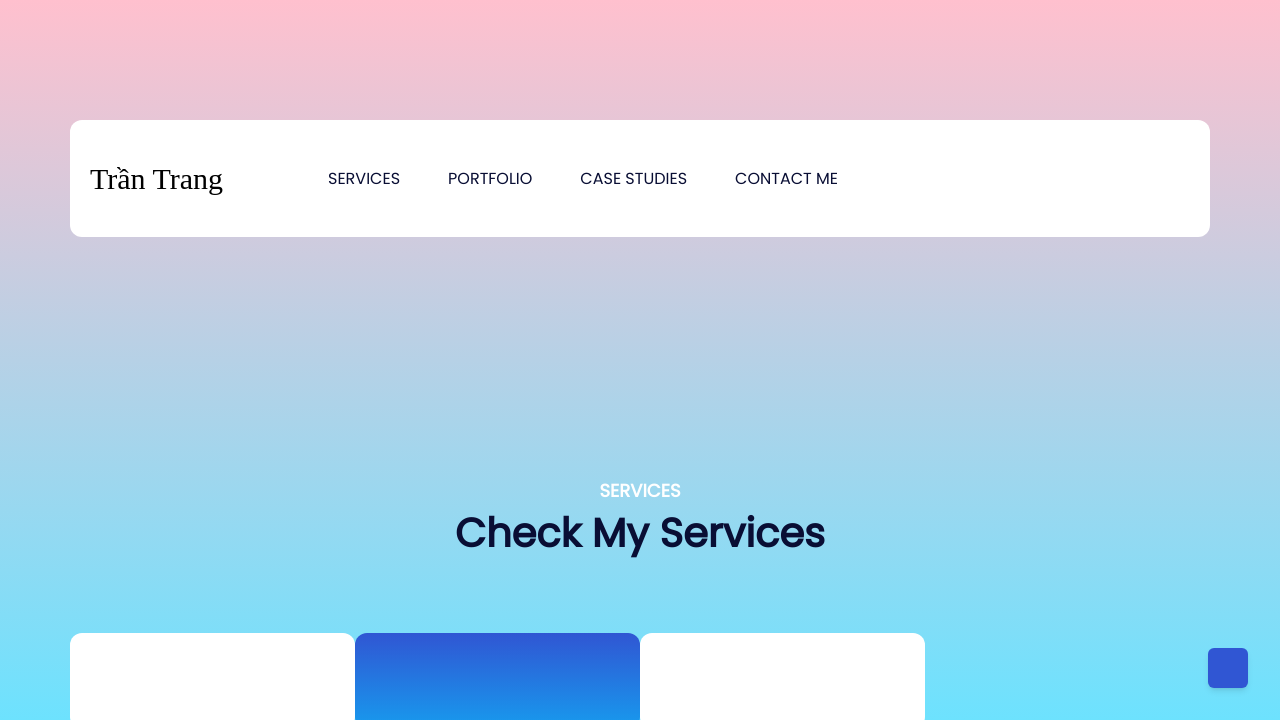
Repository: trantrang2101/CV
Page: index.html
An editor plug-in stored every save of this project. The page is shown before and after the next save, followed by the edit.
The browser window is 1280 px wide. The pictures show the whole page.
An inner scrolling area shows only its first screen. Some web fonts or font styles are not loaded; a fallback is used.

Above is the page before, as saved 2022-07-13 19:31:00.
Console error: TypeError: Cannot read properties of null (reading 'offsetTop')

### index.html
<!DOCTYPE html>
<html lang="en" class="scroll-smooth">

<head>
    <meta charset="UTF-8" />
    <meta http-equiv="X-UA-Compatible" content="IE=edge" />
    <meta name="viewport" content="width=device-width, initial-scale=1.0" />
    <title>
        Play | Free Tailwind CSS Template for Startup and SaaS By TailGrids
    </title>
    <link rel="shortcut icon" href="assets/images/favicon.png" type="image/x-icon" />
    <link rel="stylesheet" href="assets/css/animate.css" />
    <link rel="stylesheet" href="assets/css/tailwind.css" />
    <link rel="stylesheet" href="assets/css/style.css" />

    <script src="assets/js/wow.min.js"></script>
    <script>
        new WOW().init();
    </script>
</head>

<body>
    <section id="home" class="pt-20 lg:pt-[120px] pb-20 lg:pb-[120px]">
        <div class="container">
            <div class="bg-white shadow-xl shadow-dark dark:shadow-xl dark:shadow-light wow fadeInUp rounded-xl"
                data-wow-delay=".2s" style="visibility: visible; animation-delay: 0.2s">
                <div class="flex -mx-4 px-5 items-center justify-between relative">
                    <div class="w-60 max-w-full">
                        <a href="#home" class="navbar-logo w-full block py-5">
                            <h1 class="font-script p-4">Trần Trang</h1>
                        </a>
                    </div>
                    <div class="flex justify-between items-center w-full">
                        <div>
                            <button id="navbarToggler"
                                class="block absolute mx-4 right-4 top-1/2 -translate-y-1/2 lg:hidden focus:ring-2 ring-primary px-3 py-[6px] rounded-lg">
                                <span class="relative w-[30px] h-[2px] my-[6px] block bg-dark"></span>
                                <span class="relative w-[30px] h-[2px] my-[6px] block bg-dark"></span>
                                <span class="relative w-[30px] h-[2px] my-[6px] block bg-dark"></span>
                            </button>
                            <nav id="navbarCollapse"
                                class="absolute py-5 lg:py-0 lg:px-4 xl:px-6 bg-white lg:bg-transparent shadow-lg rounded-lg max-w-[250px] w-full lg:max-w-full lg:w-full right-4 top-full hidden lg:block lg:static lg:shadow-none">
                                <ul class="blcok lg:flex">
                                    <li class="relative group">
                                        <a href="#services"
                                            class="ud-menu-scroll text-base text-dark lg:group-hover:opacity-70 lg:group-hover:text-dark group-hover:text-primary py-2 lg:py-6 lg:inline-flex lg:px-0 flex mx-8 lg:mr-0">
                                            SERVICES
                                        </a>
                                    </li>
                                    <li class="relative group">
                                        <a href="#portfolio"
                                            class="ud-menu-scroll text-base text-dark lg:text-dark lg:group-hover:opacity-70 lg:group-hover:text-dark group-hover:text-primary py-2 lg:py-6 lg:inline-flex lg:px-0 flex mx-8 lg:mr-0 lg:ml-7 xl:ml-12">
                                            PORTFOLIO
                                        </a>
                                    </li>
                                    <li class="relative group">
                                        <a href="#case"
                                            class="ud-menu-scroll text-base text-dark lg:text-dark lg:group-hover:opacity-70 lg:group-hover:text-dark group-hover:text-primary py-2 lg:py-6 lg:inline-flex lg:px-0 flex mx-8 lg:mr-0 lg:ml-7 xl:ml-12">
                                            CASE STUDIES
                                        </a>
                                    </li>
                                    <li class="relative group">
                                        <a href="#contact"
                                            class="ud-menu-scroll text-base text-dark lg:text-dark lg:group-hover:opacity-70 lg:group-hover:text-dark group-hover:text-primary py-2 lg:py-6 lg:inline-flex lg:px-0 flex mx-8 lg:mr-0 lg:ml-7 xl:ml-12">
                                            CONTACT ME
                                        </a>
                                    </li>
                                </ul>
                            </nav>
                        </div>
                    </div>
                </div>
            </div>
        </div>
    </section>
    <section id="services" class="pt-20 lg:pt-[120px] pb-12 lg:pb-[90px] relative z-20 overflow-hidden">
        <div class="container">
            <div class="flex flex-wrap -mx-4">
                <div class="w-full px-4">
                    <div class="text-center mx-auto mb-[60px] lg:mb-20 max-w-[620px]">
                        <span class="font-semibold text-lg text-white mb-2 block">
                            SERVICES
                        </span>
                        <h2 class="font-bold text-3xl sm:text-4xl md:text-[40px] text-dark mb-4">
                            Check My Services
                        </h2>
                    </div>
                </div>
            </div>

            <div class="flex flex-wrap flex-col  items-center space-x-4 justify-around">
                <div class="w-full md:w-1/2 lg:w-1/4">
                    <div class="bg-white rounded-xl relative z-10 overflow-hidden border border-primary border-opacity-20 shadow-pricing py-10 px-8 sm:p-12 lg:py-10 lg:px-6 xl:p-12 mb-10 text-center wow fadeInUp"
                        data-wow-delay=".15s" style="visibility: visible; animation-delay: 0.15s">

                    </div>
                </div>
                <div class="w-full md:w-1/2 lg:w-1/4">
                    <div class="bg-primary bg-gradient-to-b from-primary to-[#179BEE] rounded-xl relative z-10 overflow-hidden shadow-pricing py-10 px-8 sm:p-12 lg:py-10 lg:px-6 xl:p-12 mb-10 text-center wow fadeInUp"
                        data-wow-delay=".1s" style="visibility: visible; animation-delay: 0.1s">

                    </div>
                </div>
                <div class="w-full md:w-1/2 lg:w-1/4">
                    <div class="bg-white rounded-xl relative z-10 overflow-hidden border border-primary border-opacity-20 shadow-pricing py-10 px-8 sm:p-12 lg:py-10 lg:px-6 xl:p-12 mb-10 text-center wow fadeInUp"
                        data-wow-delay=".15s" style="visibility: visible; animation-delay: 0.15s">

                    </div>
                </div>
            </div>
        </div>
    </section>
    <a href="javascript:void(0)"
        class="hidden items-center justify-center bg-primary text-white w-10 h-10 rounded-md fixed bottom-8 right-8 left-auto z-[999] hover:bg-dark back-to-top shadow-md transition duration-300 ease-in-out"
        style="display: flex">
        <span class="w-3 h-3 border-t border-l border-white rotate-45 mt-[6px]"></span>
    </a>
    <script src="assets/js/main.js"></script>
    <script>
        const pageLink = document.querySelectorAll(".ud-menu-scroll");
        pageLink.forEach((elem) => {
            elem.addEventListener("click", (e) => {
                e.preventDefault();
                document.querySelector(elem.getAttribute("href")).scrollIntoView({
                    behavior: "smooth",
                    offsetTop: 1 - 60,
                });
            });
        });

        // section menu active
        function onScroll(event) {
            const sections = document.querySelectorAll(".ud-menu-scroll");
            const scrollPos =
                window.pageYOffset ||
                document.documentElement.scrollTop ||
                document.body.scrollTop;

            for (let i = 0; i < sections.length; i++) {
                const currLink = sections[i];
                const val = currLink.getAttribute("href");
                const refElement = document.querySelector(val);
                const scrollTopMinus = scrollPos + 73;
                if (
                    refElement.offsetTop <= scrollTopMinus &&
                    refElement.offsetTop + refElement.offsetHeight > scrollTopMinus
                ) {
                    document
                        .querySelector(".ud-menu-scroll")
                        .classList.remove("active");
                    currLink.classList.add("active");
                } else {
                    currLink.classList.remove("active");
                }
            }
        }

        window.document.addEventListener("scroll", onScroll);
    </script>
</body>

</html>

### assets/css/style.css
html,
body {
  width: 100%;
  height: 100%;
}
html,
body {
  width: 100%;
  height: 100%;
  overflow: auto;
  background: linear-gradient(180deg, #ffc0ce 0%, #6de2fe 100%);
  background-repeat: no-repeat;
  background-position: center top;
  background-size: contain;
}
.font-script {
  font-family: "Imperial Script" !important;
}
h1.font-script {
  font-size: 30px;
}

### assets/js/main.js
(function () {
  "use strict";

  // ======= Sticky
  window.onscroll = function () {
    const ud_header = document.querySelector(".ud-header");
    const sticky = ud_header.offsetTop;
    const logo = document.querySelector(".header-logo");

    if (window.pageYOffset > sticky) {
      ud_header.classList.add("sticky");
    } else {
      ud_header.classList.remove("sticky");
    }

    // === logo change
    if (ud_header.classList.contains("sticky")) {
      logo.src = "assets/images/logo/logo.svg";
    } else {
      logo.src = "assets/images/logo/logo-white.svg";
    }

    // show or hide the back-top-top button
    const backToTop = document.querySelector(".back-to-top");
    if (
      document.body.scrollTop > 50 ||
      document.documentElement.scrollTop > 50
    ) {
      backToTop.style.display = "flex";
    } else {
      backToTop.style.display = "none";
    }
  };

  // ===== responsive navbar
  let navbarToggler = document.querySelector("#navbarToggler");
  const navbarCollapse = document.querySelector("#navbarCollapse");

  navbarToggler.addEventListener("click", () => {
    navbarToggler.classList.toggle("navbarTogglerActive");
    navbarCollapse.classList.toggle("hidden");
  });

  //===== close navbar-collapse when a  clicked
  document
    .querySelectorAll("#navbarCollapse ul li:not(.submenu-item) a")
    .forEach((e) =>
      e.addEventListener("click", () => {
        navbarToggler.classList.remove("navbarTogglerActive");
        navbarCollapse.classList.add("hidden");
      })
    );

  // ===== Sub-menu
  const submenuItems = document.querySelectorAll(".submenu-item");
  submenuItems.forEach((el) => {
    el.querySelector("a").addEventListener("click", () => {
      el.querySelector(".submenu").classList.toggle("hidden");
    });
  });

  // ===== Faq accordion
  const faqs = document.querySelectorAll(".single-faq");
  faqs.forEach((el) => {
    el.querySelector(".faq-btn").addEventListener("click", () => {
      el.querySelector(".icon").classList.toggle("rotate-180");
      el.querySelector(".faq-content").classList.toggle("hidden");
    });
  });

  // ===== wow js
  new WOW().init();

  // ====== scroll top js
  function scrollTo(element, to = 0, duration = 500) {
    const start = element.scrollTop;
    const change = to - start;
    const increment = 20;
    let currentTime = 0;

    const animateScroll = () => {
      currentTime += increment;

      const val = Math.easeInOutQuad(currentTime, start, change, duration);

      element.scrollTop = val;

      if (currentTime < duration) {
        setTimeout(animateScroll, increment);
      }
    };

    animateScroll();
  }

  Math.easeInOutQuad = function (t, b, c, d) {
    t /= d / 2;
    if (t < 1) return (c / 2) * t * t + b;
    t--;
    return (-c / 2) * (t * (t - 2) - 1) + b;
  };

  document.querySelector(".back-to-top").onclick = () => {
    scrollTo(document.documentElement);
  };
})();

Loaded but not shown: assets/css/animate.css (library); assets/css/tailwind.css (library); assets/js/wow.min.js (library)

After the next save:
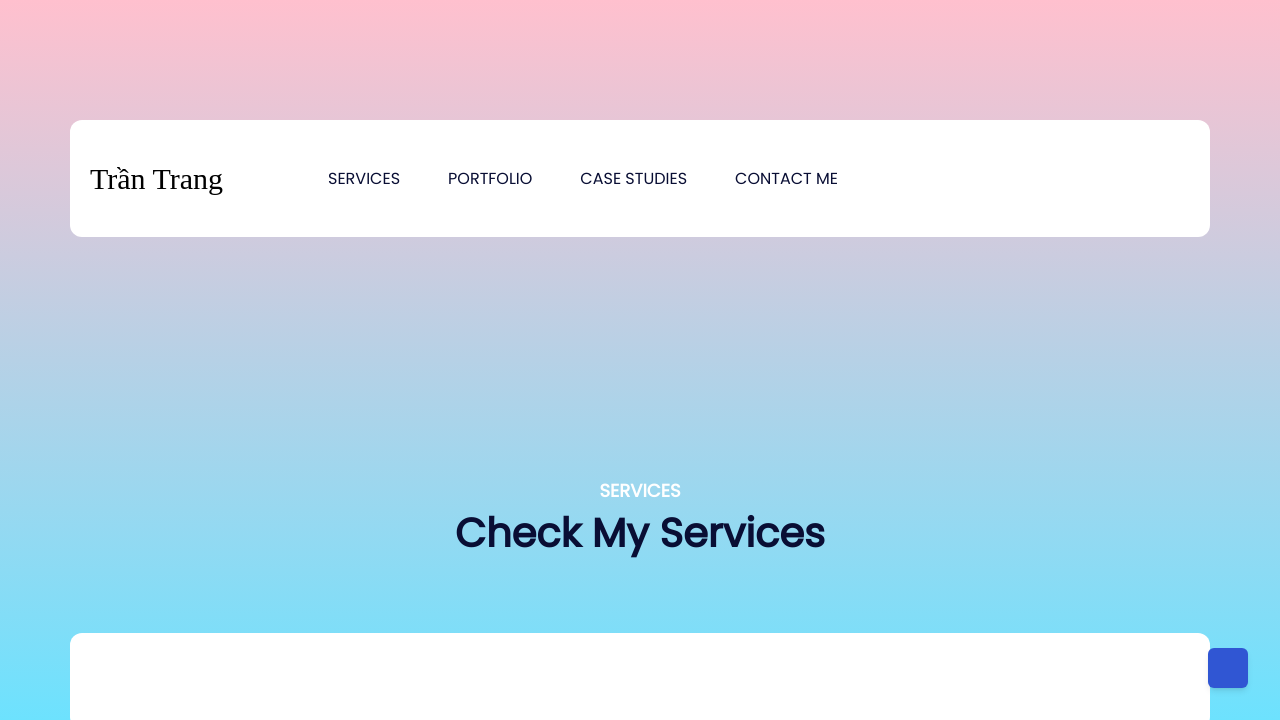
Saved 6 s later.
--- a/index.html
+++ b/index.html
@@ -89,19 +89,19 @@
             </div>
 
             <div class="flex flex-wrap flex-col  items-center space-x-4 justify-around">
-                <div class="w-full md:w-1/2 lg:w-1/4">
+                <div class="w-full">
                     <div class="bg-white rounded-xl relative z-10 overflow-hidden border border-primary border-opacity-20 shadow-pricing py-10 px-8 sm:p-12 lg:py-10 lg:px-6 xl:p-12 mb-10 text-center wow fadeInUp"
                         data-wow-delay=".15s" style="visibility: visible; animation-delay: 0.15s">
 
                     </div>
                 </div>
-                <div class="w-full md:w-1/2 lg:w-1/4">
+                <div class="w-full">
                     <div class="bg-primary bg-gradient-to-b from-primary to-[#179BEE] rounded-xl relative z-10 overflow-hidden shadow-pricing py-10 px-8 sm:p-12 lg:py-10 lg:px-6 xl:p-12 mb-10 text-center wow fadeInUp"
                         data-wow-delay=".1s" style="visibility: visible; animation-delay: 0.1s">
 
                     </div>
                 </div>
-                <div class="w-full md:w-1/2 lg:w-1/4">
+                <div class="w-full">
                     <div class="bg-white rounded-xl relative z-10 overflow-hidden border border-primary border-opacity-20 shadow-pricing py-10 px-8 sm:p-12 lg:py-10 lg:px-6 xl:p-12 mb-10 text-center wow fadeInUp"
                         data-wow-delay=".15s" style="visibility: visible; animation-delay: 0.15s">
 
